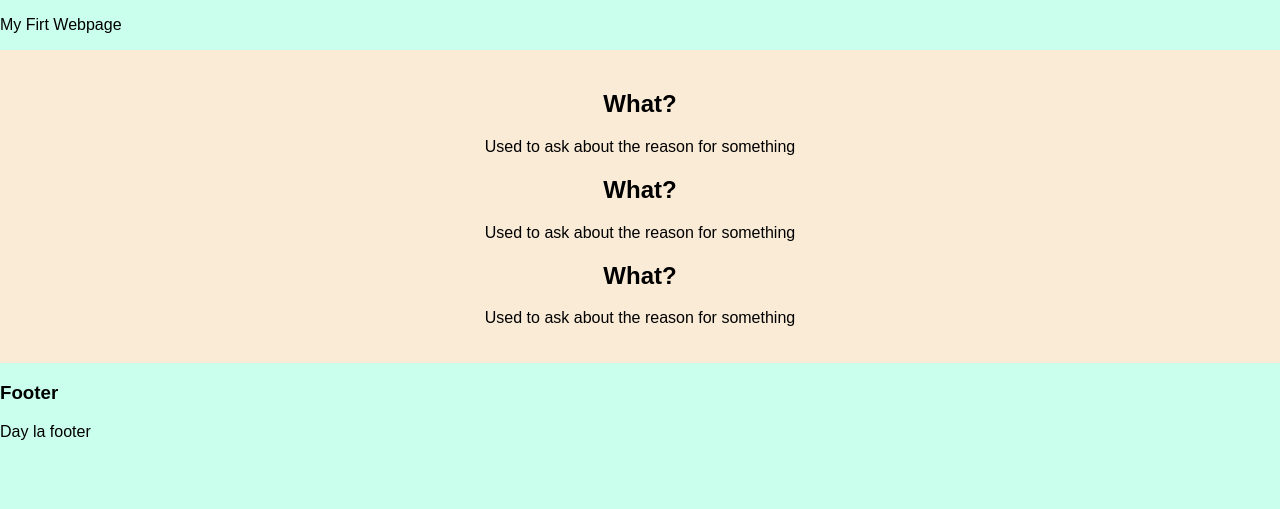
Repository: Thonghehe/Lab2_Web106
Page: Buoi2/l22.html
These files come from the project's save history. The page is drawn as it stood at one moment and after the next save; the edit follows.
The browser window is 1280 px wide. The pictures show the whole page.

Above is the page before, as saved 2024-03-13 21:49:04.

### Buoi2/l22.html
<!DOCTYPE html>
<html lang="en">

<head>
    <meta charset="UTF-8">
    <meta name="viewport" content="width=device-width, initial-scale=1.0">
    <title>Document</title>
    <style>
        body {
            font-family: Arial, Helvetica, sans-serif;
            margin: 0;
            padding: 0;
            display: flex;
            /* Hien thi dang cot */
            flex-direction: column;
            min-width: 100vh;
            background-color: rgb(202, 255, 237);
        }

        .header .footer {
            background-color: antiquewhite;
            color: brown;
            padding: 20px;
            text-align: center;
            flex-shrink: 0;
        }

        .content {
            background-color: antiquewhite;
            padding: 20px;
            text-align: center;
            flex-grow: 1;
        }

        .container {
            position: relative;
            min-height: 100%;
        }



        @media only screen and(max-width:800px) {
            .header .content .footer {
                width: 100%;
            }
        }
    </style>
</head>

<body>
    <div class="container">
        <div class="header">
            <p>My Firt Webpage</p>
        </div>
        <div class="content">
            <h2>What?</h2>
            <p>Used to ask about the reason for something
            </p>
            <h2>What?</h2>
            <p>Used to ask about the reason for something
            </p>
            <h2>What?</h2>
            <p>Used to ask about the reason for something
            </p>
        </div>
        <div class="footer">
            <h3>Footer</h3>
            <p>Day la footer</p>
        </div>
    </div>
</body>

</html>

After the next save:
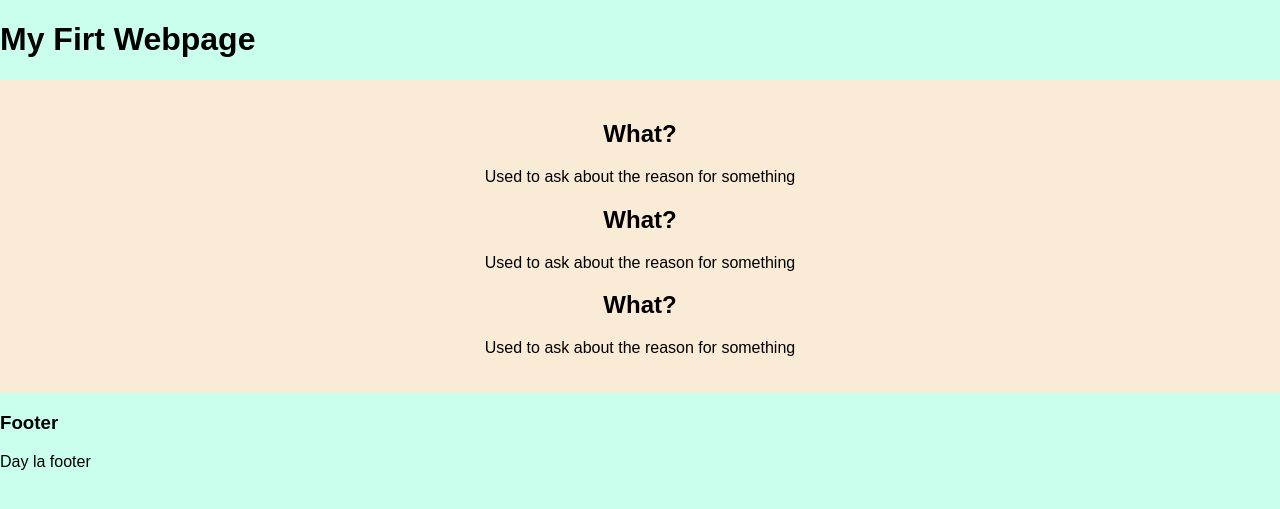
Saved 102 s later.
--- a/Buoi2/l22.html
+++ b/Buoi2/l22.html
@@ -50,7 +50,7 @@
 <body>
     <div class="container">
         <div class="header">
-            <p>My Firt Webpage</p>
+            <h1>My Firt Webpage</h1>
         </div>
         <div class="content">
             <h2>What?</h2>
